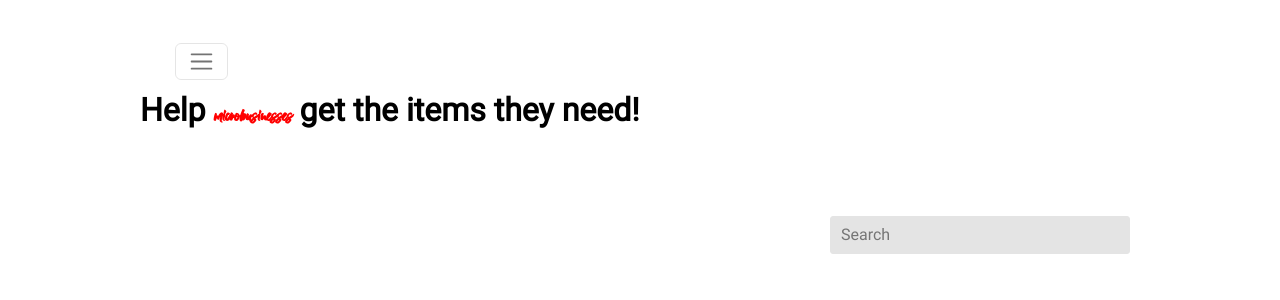
Repository: David-Waite/edableStyleChanges
Page: /
The author's editor kept a copy of each file at every save. The page is drawn from the files as they stood at one save, then again after the next save.
The browser window is 1280 px wide. The pictures show the whole page.
The project was rebuilt for these pictures with package versions that can differ from the ones it lists, and the page was loaded fresh each time. Also part of the build but not shown: src/components/Item/ProgressBar.css, src/components/Volunteer/Volunteer.tsx, src/components/DonorForm/Message.css, src/components/Volunteer/VolunteerError.tsx, src/components/Default.tsx, src/components/DonorForm/Paypal.tsx, src/components/DonorForm/DonorForm.tsx, src/components/Organisation/Organisation.module.css and 9 more.

Above is the page before, as saved 2022-10-27 17:44:39.

After the next save:
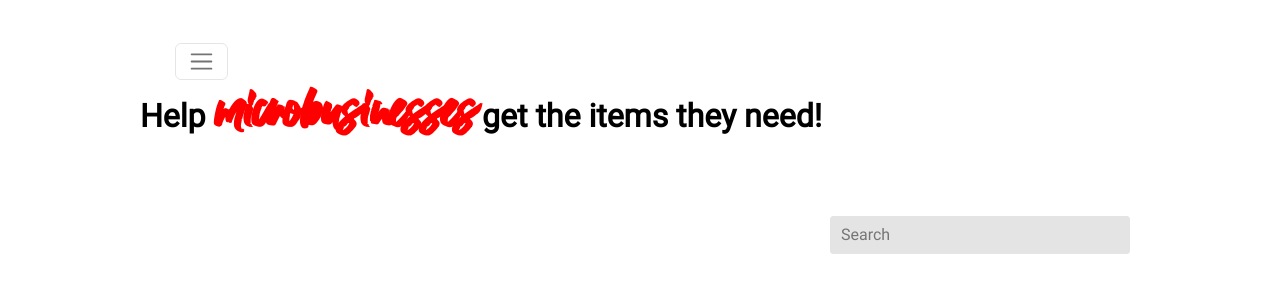
Saved 13 s later.
--- a/src/components/Landing/ItemsCollection.module.css
+++ b/src/components/Landing/ItemsCollection.module.css
@@ -16,6 +16,7 @@
 }
 
 .title span {
+  font-size: 60px;
   font-family: "black_stonealternative";
 }
 
